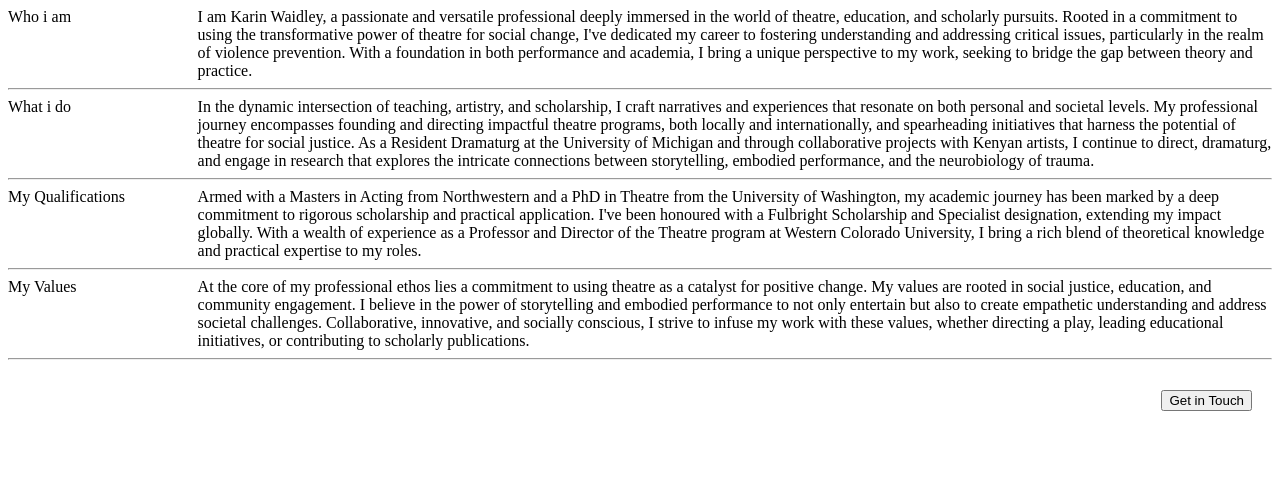
Repository: Ceasor7/Karin
Page: about.html
The author's editor kept a copy of each file at every save. The page is drawn from the files as they stood at one save, then again after the next save.
The browser window is 1280 px wide. The pictures show the whole page.

Above is the page before, as saved 2023-12-14 11:01:56.
Console error: TypeError: Cannot read properties of null (reading 'addEventListener')
Not found: stingo.css

### about.html
<!DOCTYPE html>
<html lang="en">

<head>
    <meta charset="UTF-8">
    <meta name="viewport" content="width=device-width, initial-scale=1.0">
    <link rel="stylesheet" href="stingo.css">
    <title>Karin Waidley,PhD | About</title>
    <style>
        /* about page */
        nav {
            float: left;
            width: 15%;
        }

        article {
            float: left;
            width: 85%;
        }

        /* Clear floats after the columns */
        section::after {
            content: "";
            display: table;
            clear: both;
        }

        .about-button {
            margin-top: 30px;
            text-align: right;
            margin-bottom: 30px;
            margin-right: 20px;
        }

        /* about page */
        /* navbar */
        .dark-mode-toggle,
        .svg-icon {
            margin-right: 20px;
        }

        .dark-mode-toggle {
            color: var(--secondary-color);
            border: 2px solid currentColor;
            padding: 4px;
            background: transparent;
            cursor: pointer;
            border-radius: 5px;
            width: 30px;
            height: 30px;
        }

        /* navbar */
    </style>
</head>

<body>
    <section>
        <nav>
            Who i am
        </nav>

        <article>
            I am Karin Waidley, a passionate and versatile professional deeply immersed in the world of theatre,
            education, and scholarly pursuits. Rooted in a commitment to using the transformative power of theatre
            for
            social change, I've dedicated my career to fostering understanding and addressing critical issues,
            particularly in the realm of violence prevention. With a foundation in both performance and academia, I
            bring a unique perspective to my work, seeking to bridge the gap between theory and practice.
        </article>
    </section>
    <hr>
    <section>
        <nav>
            What i do
        </nav>

        <article>
            In the dynamic intersection of teaching, artistry, and scholarship, I craft narratives and experiences
            that
            resonate on both personal and societal levels. My professional journey encompasses founding and
            directing
            impactful theatre programs, both locally and internationally, and spearheading initiatives that harness
            the
            potential of theatre for social justice. As a Resident Dramaturg at the University of Michigan and
            through
            collaborative projects with Kenyan artists, I continue to direct, dramaturg, and engage in research that
            explores the intricate connections between storytelling, embodied performance, and the neurobiology of
            trauma.
        </article>
    </section>
    <hr>
    <section>
        <nav>
            My Qualifications
        </nav>

        <article>
            Armed with a Masters in Acting from Northwestern and a PhD in Theatre from the University of Washington,
            my
            academic journey has been marked by a deep commitment to rigorous scholarship and practical application.
            I've been honoured with a Fulbright Scholarship and Specialist designation, extending my impact
            globally.
            With a wealth of experience as a Professor and Director of the Theatre program at Western Colorado
            University, I bring a rich blend of theoretical knowledge and practical expertise to my roles.
        </article>
    </section>

    <hr>

    <section>
        <nav>
            My Values
        </nav>

        <article>
            At the core of my professional ethos lies a commitment to using theatre as a catalyst for positive
            change.
            My values are rooted in social justice, education, and community engagement. I believe in the power of
            storytelling and embodied performance to not only entertain but also to create empathetic understanding
            and
            address societal challenges. Collaborative, innovative, and socially conscious, I strive to infuse my
            work
            with these values, whether directing a play, leading educational initiatives, or contributing to
            scholarly
            publications.
        </article>
    </section>
    <hr>
    <div class="about-button">
        <button class="contact-button">Get in Touch</button>
    </div>

    <script src="darkMode.js"></script>
</body>





</html>

### darkMode.js
let darkMode = localStorage.getItem('darkMode');

const darkModeToggle = document.querySelector('#dark-mode-toggle');

const enableDarkMode = () => {
  document.body.classList.add('darkmode');
  localStorage.setItem('darkMode', 'enabled');
}

const disableDarkMode = () => {
  document.body.classList.remove('darkmode');
  localStorage.setItem('darkMode', null);
}

if (darkMode === 'enabled') {
  enableDarkMode();
}

darkModeToggle.addEventListener('click', () => {
  darkMode = localStorage.getItem('darkMode');


  if (darkMode !== 'enabled') {
    enableDarkMode();
  } else {
    disableDarkMode();
  }
});

After the next save:
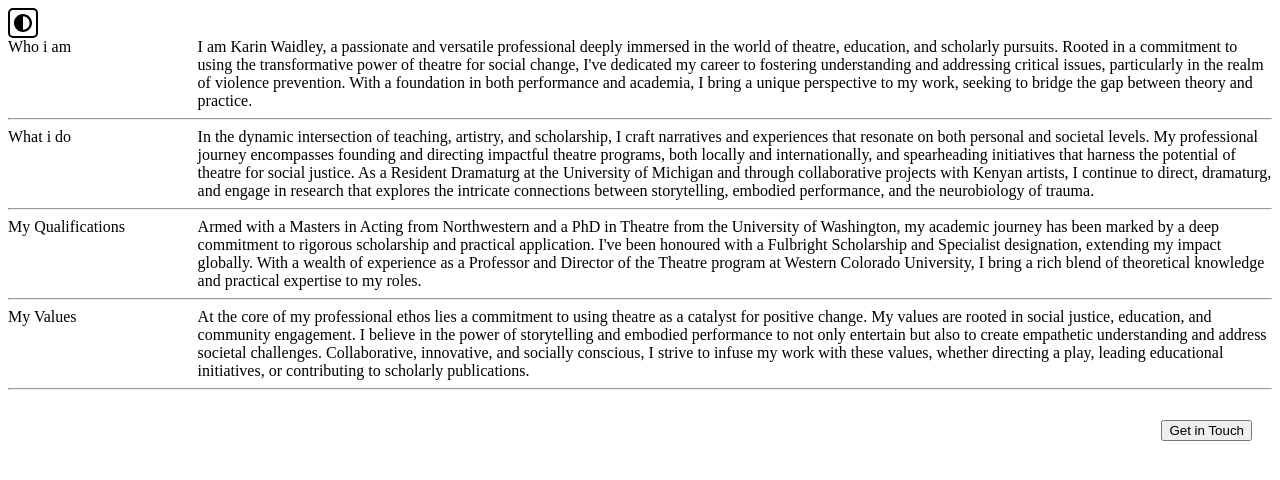
The error is gone.
Saved 100 s later.
--- a/about.html
+++ b/about.html
@@ -55,6 +55,16 @@
 </head>
 
 <body>
+    <header>
+        <button id="dark-mode-toggle" class="dark-mode-toggle">
+            <svg width="100%" xmlns="http://www.w3.org/2000/svg" viewBox="0 0 496 496">
+                <path fill="currentColor"
+                    d="M8,256C8,393,119,504,256,504S504,393,504,256,393,8,256,8,8,119,8,256ZM256,440V72a184,184,0,0,1,0,368Z"
+                    transform="translate(-8 -8)" />
+            </svg>
+        </button>
+    </header>
+
     <section>
         <nav>
             Who i am
